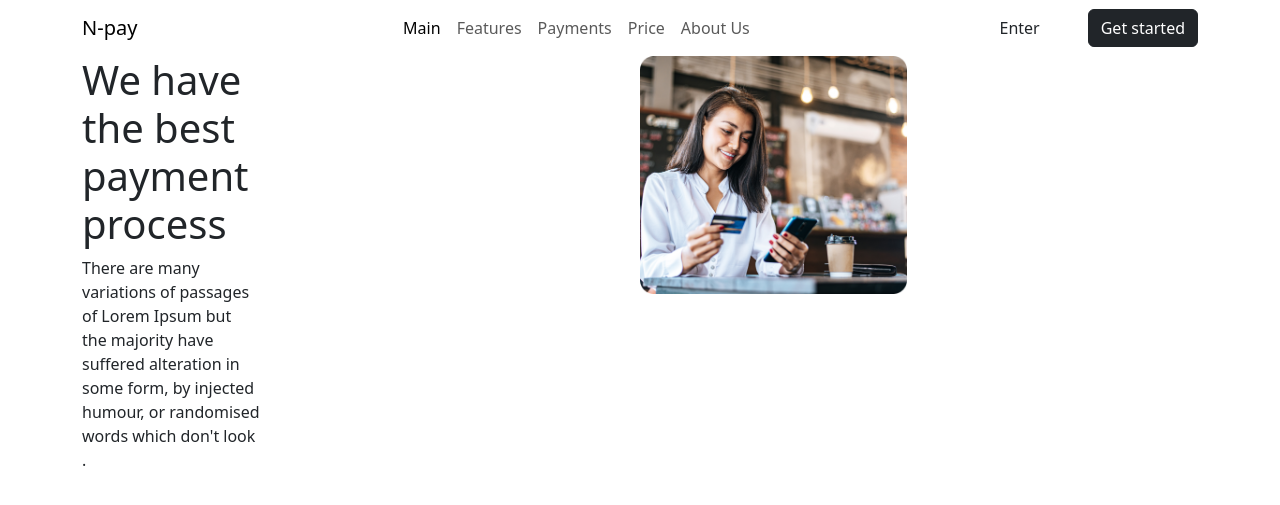
Repository: Senianga/N-pay
Page: index.html
The author's editor kept a copy of each file at every save. The page is drawn from the files as they stood at one save, then again after the next save.
The browser window is 1280 px wide. The pictures show the whole page.
The style sheet was rebuilt from its Sass, Less or Tailwind sources for each picture, by a compiler version that may differ from the author's.

Above is the page before, as saved 2023-05-01 15:11:20.

After the next save:
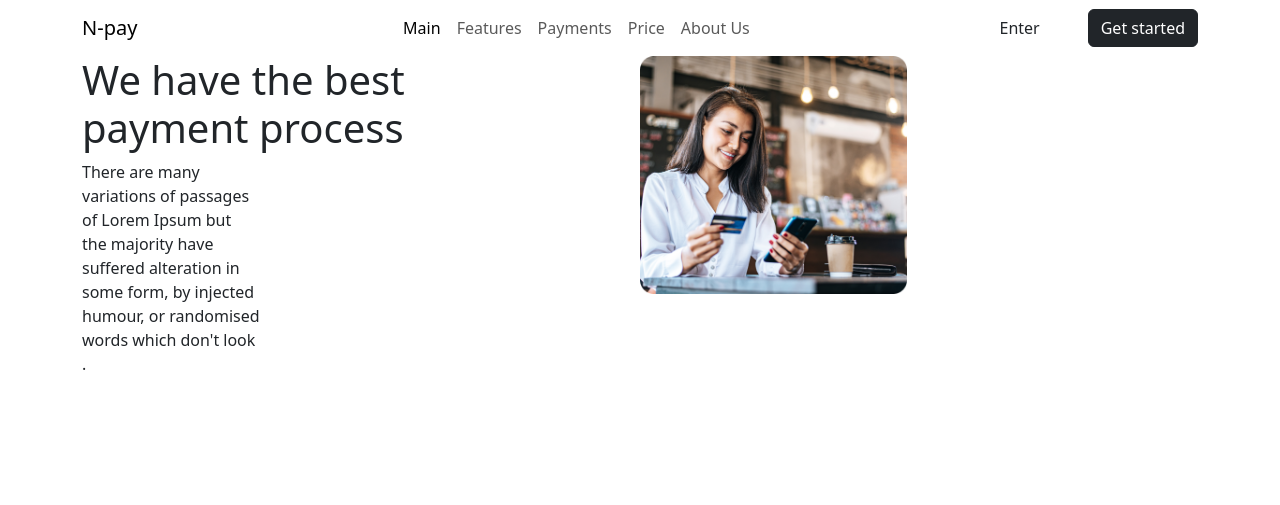
Saved 44 s later.
--- a/index.html
+++ b/index.html
@@ -49,7 +49,7 @@
             <div class="container">
                 <div class="row col-mg-6 col-sm-12 ">
                     <div class="first-segment col">
-                        <h1 class="col-5 align-items-center">
+                        <h1 class="col-8 align-items-center">
                             We have the best
                             payment process
                         </h1>
